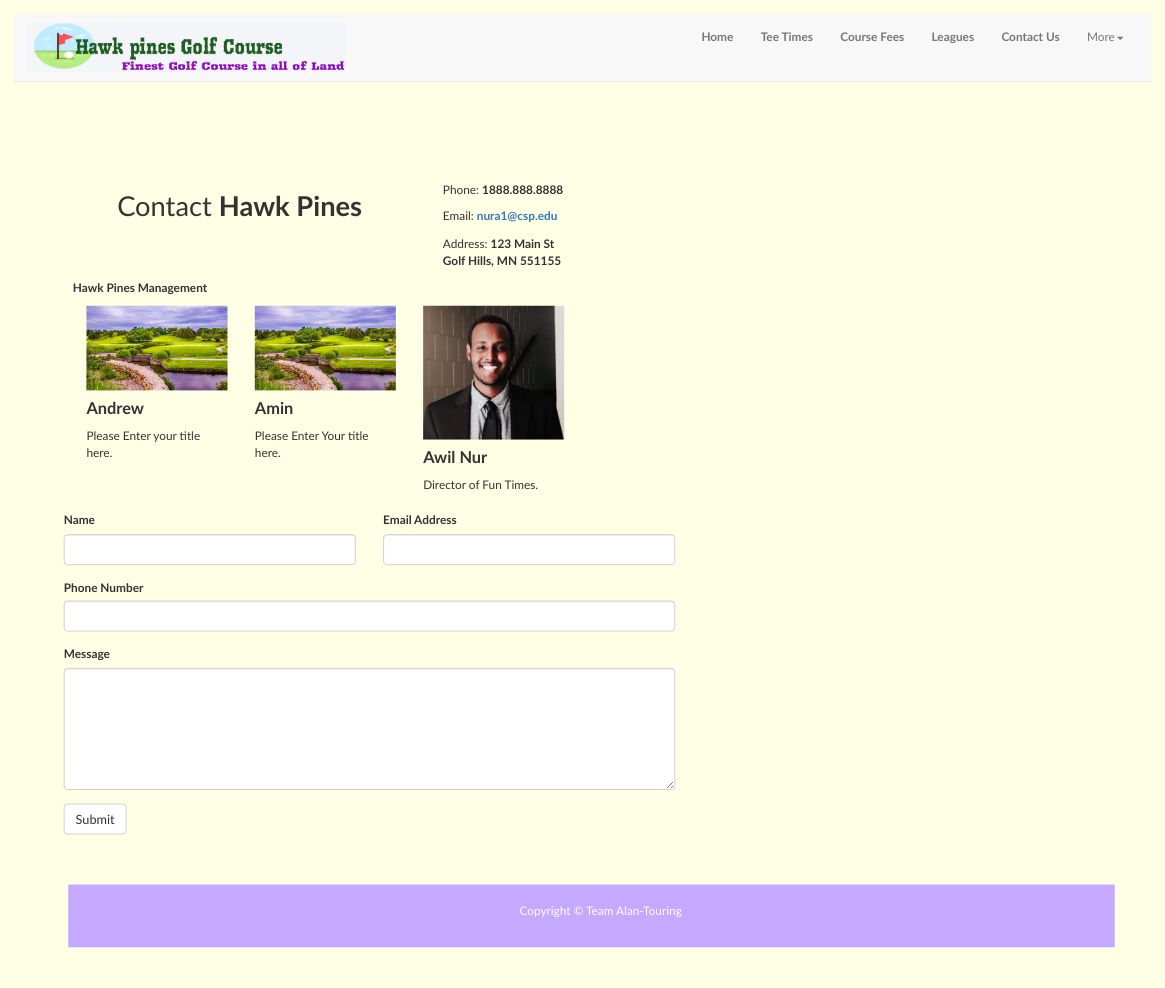
Repository: alia20/Golfcourse
Page: contact.html
The author's editor kept a record of every edit. The page is drawn from the files as they stood at one moment, then again after the next edit.
The browser window is 1280 px wide. The pictures show the whole page, at 91% of full size.

Above is the page before.

### contact.html
<!DOCTYPE html>
<html lang="en">
<head>
 <meta charset="utf-8">
 <meta name="viewport" content="width=device-width, initial-scale=1">
<!-- contact.html - Group project
        Written by:  Andrew Nielsen  Nielsena5@csp.edu
        Csc135: Web Page
		Written: 12/1/2016
		Revised: 12/11/2016
   -->

<!--
Bootstrap Screen Resolutions:
lg - Large width      retina    1200px+
md - medium width     desktop    992px+
sm - small width      tablets    768px+
xs - xtra small       mobile       0px+
-->
<title>Hawk Pines Golf Course</title>
<script src="script.js"></script>
</head>
<body>
<nav class="navbar navbar-default navbar-static-top">
    <div class="container-fluid">
        <div class="navbar-header">
            <span class="sr-only"><a href="#skip">Skip Navigation</a></span>

            <button type="button" class="navbar-toggle" data-toggle="collapse" data-target="#navbarcollapse">
                <span class="icon-bar"></span>
                <span class="icon-bar"></span>
                <span class="icon-bar"></span>
            </button>
            <img style="max-width:350px; margin-top: 10px; margin-bottom: 10px;"
             src="graphic/logo2.png">


        </div>
        <div class="navbar-right collapse navbar-collapse" id="navbarcollapse">
            <ul class="nav navbar-nav">
                <li> <a href="index.html"><strong>Home</strong></a> </li>
                <li> <a href="teeTimes.html"><strong>Tee Times</strong></a></li>
                <li> <a href="fees.html"><strong>Course Fees</strong></a></li>
                <li> <a href="leagues.html"><strong>Leagues</strong></a></li>
                <li> <a href="contact.html"><strong>Contact Us</strong></a></li>
                <li> <a href="#" data-toggle="dropdown">More<span class="caret"></span></a>
                    <ul class="dropdown-menu">
                        <li> <a href="gallery.html">Photo Gallery</a></li>
                        <li> <a href="clubhouse.html">Clubhouse</a></li>
                        <li> <a href="#">Twitter</a></li>
                    </ul>
                </li>
            </ul>
        </div>
    </div>
</nav>
<div class="container">

   <p id="skip">

   </p>


	<br>
	<br>



    <div class="container">

		<div class="row">
            <div class="box">
                <div class="col-lg-4">
				<h2 class="intro-text text-center">Contact
                        <strong>Hawk Pines</strong>
                    </h2>
				</div>
        <div class="row">
            <div class="box">
                <div class="col-lg-6">





                <div class="col-md-4">
                    <p>Phone:
                        <strong>1888.888.8888</strong>
                    </p>
                    <p>Email:
                        <strong><a href="nura1@csp.edu">nura1@csp.edu</a></strong>
                    </p>
                    <p>Address:
                        <strong>123 Main St
                            <br>Golf Hills, MN 551155</strong>
                    </p>
                </div>

                <div class="clearfix"></div>

        </div>
         <div class="col-md-6">
                    <p> <strong>Hawk Pines Management</strong>
                    </p>
                    <div class="col-md-4">
							<img src="graphic/golf5.jpg" class="img-responsive" alt=""/>
							<h4><strong>Andrew</strong></h4>
							<p>Please Enter your title here.</p>
						</div>
						<div class="col-md-4">
							<img src="graphic/golf5.jpg" class="img-responsive" alt=""/>
							<h4><strong>Amin</strong></h4>
							<p>Please Enter Your title here.</p>
						</div>
						<div class="col-md-4">
							<img src="graphic/AwilNur.png" class="img-responsive" alt=""/>
							<h4><strong>Awil Nur</strong></h4>
							<p>Director of Fun Times.</p>
						</div>
                </div>

        <div class="row">
            <div class="box">






                    <form role="form">
                        <div class="row">
                            <div class="form-group col-lg-6">
                                <label>Name</label>
                                <input type="text" class="form-control">
                            </div>
                            <div class="form-group col-lg-6">
                                <label>Email Address</label>
                                <input type="email" class="form-control">
                            </div>
                            <div class="form-group col-lg-12">
                                <label>Phone Number</label>
                                <input type="tel" class="form-control">
                            </div>
                            <div class="clearfix"></div>
                            <div class="form-group col-lg-12">
                                <label>Message</label>
                                <textarea class="form-control" rows="6"></textarea>
                            </div>
                            <div class="form-group col-lg-12">
                               <button onclick="myFunction()" class="btn btn-default">Submit</button>

<script>
function myFunction() {
    alert("Thank You For Contacting Us, We will be in touch with you shortly.");
}
</script>
                            </div>

							</div>
							</div>

                        </div>
                    </form>
                </div>
            </div>
        </div>

    </div>


    <!-- /.container -->

  <div class="footer">
        <div class="container">
            <div class="row">
                <div class="col-lg-12 text-center">
                    <p>Copyright &copy; Team Alan-Touring</p>
                </div>
            </div>
        </div>
    </footer>
    </div>

 <p>
 <!-- Set up a placeholder to display the results -->
 <span id="message"></span>
 </p>
</div>


<!-- After the page loads, and the user has something to look at,
     download the files needed for jQuery and Bootstrap.
-->
<!-- (1) jQuery library -->
<script src="https://ajax.googleapis.com/ajax/libs/jquery/1.12.0/jquery.min.js"></script>
<!-- (2) Latest compiled JavaScript -->
<script src="https://maxcdn.bootstrapcdn.com/bootstrap/3.3.6/js/bootstrap.min.js"></script>
<!-- (3) Latest compiled and minified CSS -->
<link rel="stylesheet" href="https://maxcdn.bootstrapcdn.com/bootstrap/3.3.6/css/bootstrap.min.css" />
<!-- (4) Bring in local JavaScript functions -->
<!-- <script src="script.js"></script> -->
<link href="project.css" rel="stylesheet" type="text/css" />

</body>
</html>

### script.js
/* script.js - external JavaScript file for group project
   Andrew Nielsen - Nielsena5@csp.edu
   Written: 12-9-16
   Revisions: 12-12-16

*/

function showResult()
{
// Set up variables
var fname = "";
var lname = "";
var birthYear = "";
var currentYear = 2008;
var age = "";
var placeholder;

/**** Collect the data using the DOM *****/
fname = document.getElementById("txtFname").value;
lname = document.getElementById("txtLname").value;
birthYear = document.getElementById("txtYear").value;

/**** Calculate age *****/
// Convert input to int
birthYear = parseInt(birthYear);
// Get current year
currentYear = new Date( ).getFullYear();
/**** Display the results *****/
// Find the placeholder on the page
placeholder = document.getElementById("message");
// Fill the placeholder with updated String information
placeholder.innerHTML = "Hello " + fname + " " + lname + ". You are entered for a chance to win a free round of golf";
} // end of showResult( )

### project.css
/*      project.css - style sheet for the group project
        Written by:  Andrew Nielsen  Nielsena5@csp.edu
        Csc135: Project CSS
		Written: 10/29/2016
		Revised: 11/13/2016
   */
a {
text-decoration:      none;
}

body {
background:           #ffffe6;
font-family:          optima, arial, helvetica, san-serif;
font-size:            130%;
line-height:          1.5;
padding:              15px;
}

button {
padding-left:         10px;
}

footer {
background-color:     #737373;
font-size:            1em;
color:                white;
}

form {
float:               left;
max-width:           100%;
}

h1 {
background:           #737373;
color:                #ffff00;
margin:               10px,10px;
max-width:            1500px;
padding:              10px;
text-align:           center;

}

h3 {
background:           #4e804f;
color:                white;
margin:               5px, auto;
max-width:            1500px;
padding:              5px,5px;
text-align:           center;
}

nav .container-fluid .navbar-header a  {
color:                #4e804f;
font-size:            2em;
}

.aside {
float:                right;
max-width:            30%;
}

.carousel-inner  .item  img,
.carousel-inner  .item  a  img {
width:                100%;
margin:               auto;
}

.colorRow {
background:           #ffffff;
border:               1px black solid;
display:              block;
height:               175px;
margin:               0px auto;
max-width:            1000px;
padding:              2px 15px;
}

.colorBox {
height:               80px;
margin:               5px 5px 5px 0px;
width:                80px;
}

.colorAndDesc {
float:                left;
width:                100px;
}

.container {
max-width:            1500px;
padding:              10px;
}

.input-group {
padding:              10px;
}

.row {
padding:              10px;
}

.table {
clear:                both;
max-width:            960px;
padding:              10px;
}

.thumbnail a {
text-decoration:      none;
}






.book_date {
    padding: 6px 8px;
    border: 1px solid #00AD8A;
    margin-bottom: 25px;
}
.people input[type="text"] {
    border: 1px solid #00AD8A;
    outline: none;
    padding: 8px 8px;
    width: 100%;
    color: #000;
    font-size: 0.9em;
	background:transparent;
}
.glyphicon.glyphicon-calendar {
    color: blue;
}
.types {
    width: 99%;
    padding: .4em 1em;
    font-size: 1em;
    outline: none;
    text-transform: capitalize;
    border: 1px solid #00AD8A;
	color: #000;
	    background: transparent;
}
.people input[type="submit"] {
    width: 100%;
    padding: 0.5em;
    margin-top: 1.5em;
    background: #00AD8A;
    outline: none;
    border: none;
    color: #fff;
}
.booking h5 {
    font-size: 1em;
    margin-bottom: 2em;
}
.booking-grids {
    margin-top: 2em;
}
.booking {
	padding: 5em 0;
	background:rgba(0, 173, 138, 0.06);
}



.footer{
	background-color: #c5a8ff;
	font-size: 1em;
	color: white;
}

After the next edit:
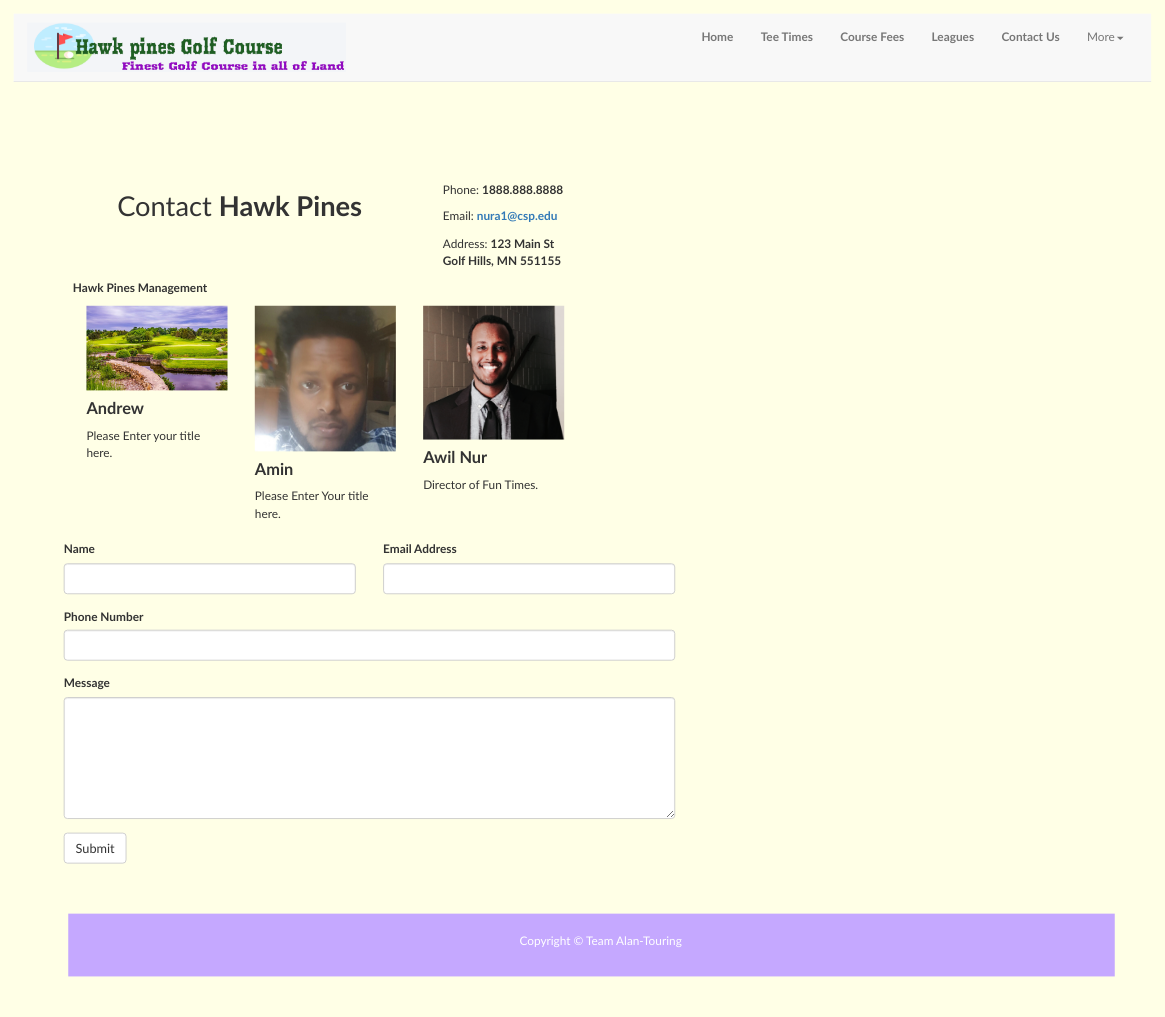
The edit:
--- a/contact.html
+++ b/contact.html
@@ -108,7 +108,7 @@
 							<p>Please Enter your title here.</p>
 						</div>
 						<div class="col-md-4">
-							<img src="graphic/golf5.jpg" class="img-responsive" alt=""/>
+							<img src="graphic/amin.png" class="img-responsive" alt=""/>
 							<h4><strong>Amin</strong></h4>
 							<p>Please Enter Your title here.</p>
 						</div>
